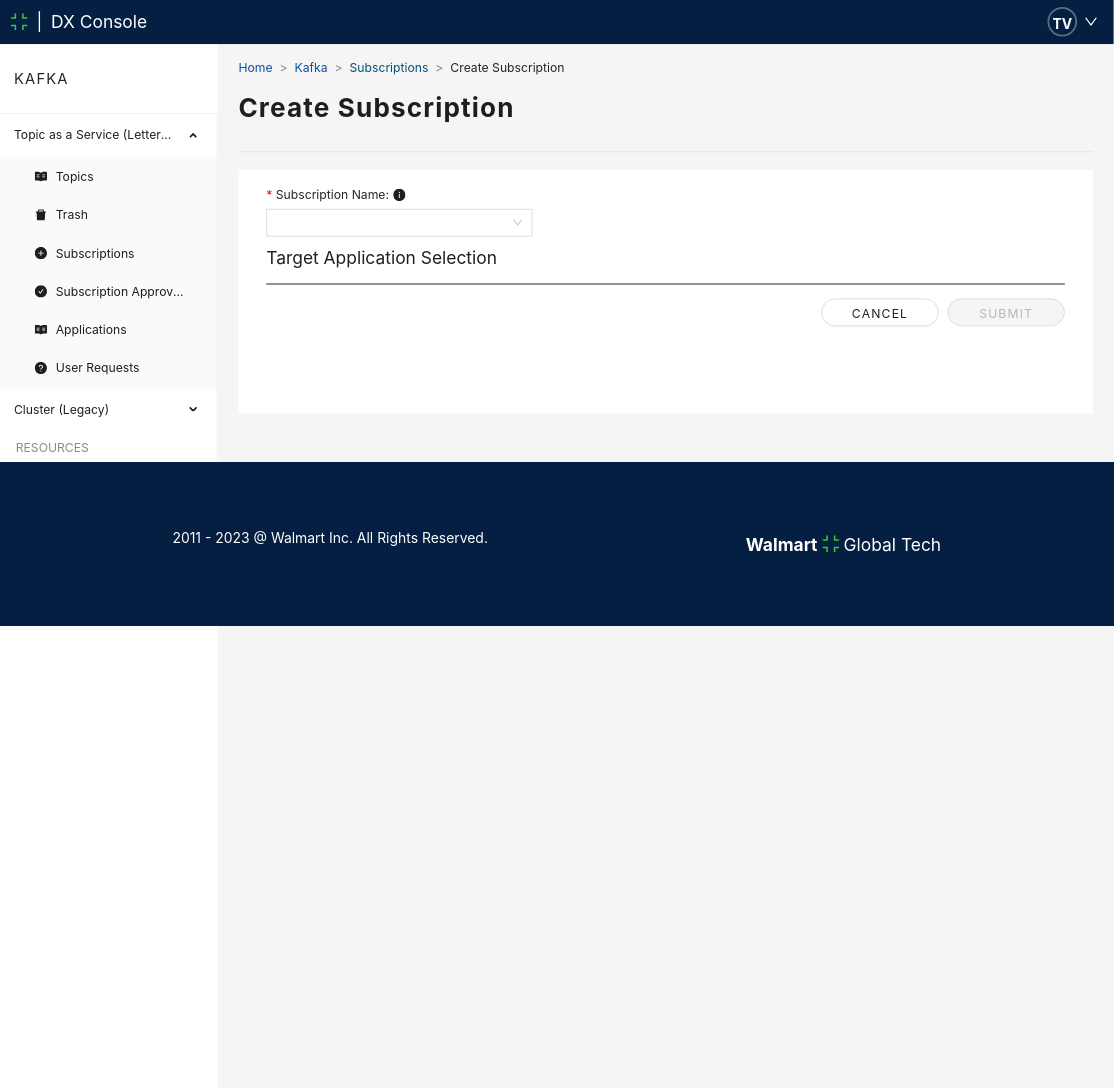
Repository: Qianying-Chai/kafka
Page: /kafka/subscriptions_active_tab=proxy/create
These files come from the project's save history. The page is drawn as it stood at one moment and after the next save; the edit follows.
The browser window is 1280 px wide. The pictures show the whole page, at 87% of full size.
The project was rebuilt for these pictures with package versions that can differ from the ones it lists, and the page was loaded fresh each time. Also part of the build but not shown: src/pages/Components/ComponentsTable.jsx, src/pages/Components/ComponentsInput.jsx, src/pages/Components/ComponentsPagination.jsx, src/pages/Taas/Topics/Topics.jsx, src/pages/Taas/Topics/CreateTopics/Form/DetailsForm.jsx, src/pages/Taas/Topics/CreateTopics/CreateTopic.jsx, src/pages/Taas/Trash/Style/Trash.css, src/pages/Taas/Trash/Trash.jsx and 15 more.

Above is the page before, as saved 2024-01-15 21:21:36.

### src/index.js
import React from "react";
import ReactDOM from "react-dom/client";
import App from "./App";
import { BrowserRouter } from "react-router-dom";
import { Provider } from "react-redux";
import store from "../src/redux/store";
import "./style/index.css";

const root = ReactDOM.createRoot(document.getElementById("root"));
root.render(
  <Provider store={store}>
    <BrowserRouter>
      <App />
    </BrowserRouter>
  </Provider>
);

### src/redux/store.jsx
import { configureStore } from "@reduxjs/toolkit";
import reducer from "./reducer";
const store = configureStore({ reducer: reducer });
export default store;

### src/pages/common/Header.jsx
import React from "react";
import "./Style/Header.css";
import { CompressOutlined, UpOutlined, DownOutlined } from "@ant-design/icons";
import { Layout } from "antd";
import { useState } from "react";
const Header = () => {
  const [login, setLogin] = useState(true);

  return (
    <Layout>
      <Layout.Header className="header">
        <div className="header-content-left">
          <CompressOutlined className="header-left-icon" />
          <span className="header-left-divider">|</span>
          <span className="header-left-dx-console">DX Console </span>
        </div>
        <div className="header-content-right">
          <div className="user">
            <div className="user-icon">TV</div>
            {login ? (
              <DownOutlined
                className="login-button"
                onClick={() => {
                  setLogin((state) => !state);
                }}
              />
            ) : (
              <UpOutlined
                className="logout-button"
                onClick={() => {
                  setLogin((state) => !state);
                }}
              />
            )}
          </div>
          <div
            className="logout-pop-up"
            style={{
              display: login ? "none" : "block",
            }}
          >
            LOGOUT
          </div>
        </div>
      </Layout.Header>
    </Layout>
  );
};
export default Header;

### src/pages/common/Sider.jsx
import React from "react";
import { Link } from "react-router-dom";
import "./Style/Sider.css";
import {
  ReadFilled,
  DeleteFilled,
  PlusCircleFilled,
  CheckCircleFilled,
  QuestionCircleFilled,
  HddFilled,
  SettingFilled,
} from "@ant-design/icons";
import { Layout, Menu, theme, ConfigProvider } from "antd";
import categoryConstants from "./categoryConstants";

const Sider = () => {
  const {
    token: { colorBgContainer },
  } = theme.useToken();

  const items = [
    {
      key: "Topic as a Service (Lettera)",
      label: "Topic as a Service (Lettera)",
      children: [
        {
          key: "Topics",
          label: (
            <Link to={`kafka/${categoryConstants.TOPICS.toLowerCase()}`}>
              {categoryConstants.TOPICS}
            </Link>
          ),
          icon: React.createElement(ReadFilled),
        },
        {
          key: "Trash",
          label: (
            <Link to={`kafka/${categoryConstants.TRASH.toLowerCase()}`}>
              {categoryConstants.TRASH}
            </Link>
          ),
          icon: React.createElement(DeleteFilled),
        },
        {
          key: "Subscriptions",
          label: (
            <Link
              to={`kafka/${categoryConstants.SUBSCRIPTIONS.toLowerCase()}_active_tab=nonProxy`}
            >
              {categoryConstants.SUBSCRIPTIONS}
            </Link>
          ),
          icon: React.createElement(PlusCircleFilled),
        },
        {
          key: "Subscription Approvals",
          label: (
            <Link to={`kafka/subscriptionRequests`}>
              {categoryConstants.SUBSCRIPTIONS_APPROVALS.replace("_", " ")}
            </Link>
          ),
          icon: React.createElement(CheckCircleFilled),
        },
        {
          key: "Applications",
          label: (
            <Link to={`kafka/${categoryConstants.APPLICATIONS.toLowerCase()}`}>
              {categoryConstants.APPLICATIONS}
            </Link>
          ),
          icon: React.createElement(ReadFilled),
        },
        {
          key: "User Requests",
          label: (
            <Link to={`kafka/requests`}>
              {categoryConstants.USER_REQUESTS.replace("_", " ")}
            </Link>
          ),
          icon: React.createElement(QuestionCircleFilled),
        },
      ],
    },
    {
      label: <div>Cluster (Legacy)</div>,
      key: "Cluster (Legacy)",
      children: [
        {
          key: "Clusters",
          label: (
            <Link to={`kafka/${categoryConstants.CLUSTERS.toLowerCase()}`}>
              {categoryConstants.CLUSTERS}
            </Link>
          ),
          icon: React.createElement(HddFilled),
        },
        {
          key: "Migrated Clusters",
          label: (
            <Link to={`kafka/migrated-clusters`}>
              {categoryConstants.MIGRATED_CLUSTERS.replace("_", " ")}
            </Link>
          ),
          icon: React.createElement(HddFilled),
        },
        {
          key: "Subscription",
          label: (
            <Link to={`kafka/mps-clusters-subscriptions`}>
              {categoryConstants.SUBSCRIPTION}
            </Link>
          ),
          icon: React.createElement(PlusCircleFilled),
        },
        {
          key: "User Requests (Legacy)",
          label: (
            <Link to={`kafka/legacy-requests`}>User Requests (Legacy)</Link>
          ),
          icon: React.createElement(QuestionCircleFilled),
        },
      ],
    },
    {
      label: <div>RESOURCES</div>,
      type: "group",
      key: "RESOURCES",
      children: [
        {
          key: "Supprot",
          label: (
            <Link to={`kafka/${categoryConstants.SUPPORT.toLowerCase()}`}>
              {categoryConstants.SUPPORT}
            </Link>
          ),
          icon: React.createElement(SettingFilled),
        },
      ],
    },
  ];

  return (
    <ConfigProvider
      theme={{
        components: {
          Menu: {
            itemHoverBg: "",
            itemHoverColor: "#1890ff",
            padding: 30,
          },
          Tabs: {
            inkBarColor: "rgb(4, 31, 65)",
          },
        },
      }}
    >
      <Layout.Sider
        className="sider"
        width={"250px"}
        style={{
          background: colorBgContainer,
        }}
      >
        <div className="slider-top">
          <span className="slider-top-content">KAFKA</span>
        </div>
        <div
          style={{
            marginLeft: "-12px",
          }}
        >
          <div></div>
          <Menu
            mode="inline"
            items={items}
            defaultOpenKeys={["Topic as a Service (Lettera)", "RESOURCES"]}
            style={{
              color: "#041f41",
            }}
          />
        </div>
      </Layout.Sider>
    </ConfigProvider>
  );
};
export default Sider;

### src/pages/common/categoryConstants.jsx
const categoryConstants = {
  TOPICS: "Topics",
  TRASH: "Trash",
  SUBSCRIPTIONS: "Subscriptions",
  SUBSCRIPTIONS_APPROVALS: "Subscription Approvals",
  APPLICATIONS: "Applications",
  USER_REQUESTS: "User Requests",
  CLUSTERS: "Clusters",
  MIGRATED_CLUSTERS: "Migrated Clusters",
  SUBSCRIPTION: "Subscription",
  USERE_REQUESTS_LEGACY: "User Requests (Legacy)",
  SUPPORT: "Support",
  CREATE_TOPIC: "Create Topic",
  CREATE_SUBSCRIPTION: "Create Subscription",
};

export default categoryConstants;

### src/pages/Taas/Subscriptions/SubscriptionsProxy/CreateSubscriptions/CreateSubscriptionsProxy.jsx
import React from "react";
import ComponentsContent from "../../../../Components/ComponentsContent";
import categoryConstants from "../../../../common/categoryConstants";
import ComponentsBreadcrumb from "../../../../Components/ComponentsBreadcrumb";
import ComponentsDivider from "../../../../Components/ComponentsDivider";
import ComponentsTitle from "../../../../Components/ComponentsTitle";
import SubscriptionName from "./Form/SubscriptionName";
import SourceTopicSelection from "./Form/SourceTopicSelection";
// import SourceTopicSelectionFormProxy from "./Forms/SourceTopicSelectionFormProxy";
import { Typography, Button, ConfigProvider } from "antd";
const { Title } = Typography;
const CreateSubscriptionsProxy = () => {
  return (
    <ConfigProvider
      theme={{
        token: {
          borderRadius: 0,
        },
      }}
    >
      <div>
        <ComponentsBreadcrumb
          items={[
            {
              title: "Home",
            },
            {
              title: "Kafka",
            },
            {
              title: categoryConstants.SUBSCRIPTIONS,
              href: `/kafka/${categoryConstants.SUBSCRIPTIONS.toLowerCase()}_active_tab=nonProxy`,
            },
            {
              title: categoryConstants.CREATE_SUBSCRIPTION,
            },
          ]}
        />
        <div className="content-banner">
          <ComponentsTitle title={categoryConstants.CREATE_SUBSCRIPTION} />
        </div>
      </div>
      <ComponentsContent>
        {/* <SourceTopicForm /> */}
        <SubscriptionName />
        <Title level={4} style={{ fontWeight: "normal" }}>
          Target Application Selection
        </Title>
        {/* <TargetApplicationSelectionForm /> */}
        <ComponentsDivider />
        <div className="buttons-wrapper">
          <Button shape="round" size={"medium"} className="cancel-button">
            CANCEL
          </Button>
          <Button
            shape="round"
            size={"medium"}
            disabled
            className="submit-button"
          >
            SUBMIT
          </Button>
        </div>
      </ComponentsContent>
    </ConfigProvider>
  );
};
export default CreateSubscriptionsProxy;

### src/pages/common/Footer.jsx
import React from "react";
import { Layout } from "antd";
import { CompressOutlined } from "@ant-design/icons";
import "./Style/Footer.css";

const Footer = () => {
  return (
    <Layout.Footer className="footer">
      <div className="footer-text-left">
        2011 - 2023 @ Walmart Inc. All Rights Reserved.
      </div>
      <div className="footer-text-right">
        <span className="footer-text-right-walmart">Walmart</span>
        <CompressOutlined className="footer-icon" />
        <span className="footer-text-right-global-tech">Global Tech</span>
      </div>
    </Layout.Footer>
  );
};

export default Footer;

### src/redux/reducer.jsx
import { SET_PATH_NAME, SET_SELECTED_TAAS_SUBSCRIPTIONS } from "./constants";
const initialState = {
  pathName: "",
  selectedTaasSubscriptions: "nonProxy",
};
const reducer = (state = initialState, action) => {
  const { type, payload } = action;
  switch (type) {
    case SET_PATH_NAME:
      return { ...state, pathName: payload };
    case SET_SELECTED_TAAS_SUBSCRIPTIONS:
      return { ...state, selectedTaasSubscriptions: payload };
    default:
      return state;
  }
};

export default reducer;

### src/pages/common/Style/Header.css
.header {
  justify-content: space-between;
  padding: 0 12px;
  background-color: rgb(4, 31, 65);
  height: 51px;
  line-height: 51px;
  color: #ffffff;
}

.header,
.user {
  display: flex;
}

.header-content-left {
  font-size: 20px;
}

.header-left-icon {
  color: #32cd32;
}

.header-left-divider {
  margin: 0 10px;
}

.header-content-right {
  font-weight: bolder;
  flex-direction: column;
  font-size: 1rem;
  width: 76px;
  padding-left: 12px;
}

.user {
  margin: 8px 0px;
}
.user-icon {
  height: 34px;
  line-height: 34px;
  width: 34px;
  border-radius: 50%;
  text-align: center;
}
.user-icon,
.logout-pop-up {
  border: 2px solid rgba(225, 225, 225, 0.4);
}

.login-button,
.logout-button {
  padding-left: 8px;
}

.logout-pop-up {
  transition: all 10s ease-out;
  width: 100px;
  height: 60px;
  line-height: 60px;
  position: absolute;
  right: 0px;
  z-index: 999;
  font-size: 15px;
  letter-spacing: 1pt;
  text-align: center;
  justify-content: center;
  color: rgb(94, 91, 91);
  box-shadow: 0px 0px 4px 4px rgba(176, 174, 174, 0.4);
}

### src/pages/common/Style/Sider.css
.sider {
  min-height: 1200px;
}

.slider-top {
  height: 80px;
  border-bottom: 1px solid rgb(239, 239, 239);
}
.slider-top-content {
  height: 100%;
  display: flex;
  align-items: center;
  margin-left: 16px;
  letter-spacing: 1pt;
  font-size: 17px;
  color: #000000d9;
}

### src/pages/Components/ComponentsContent.jsx
import React from "react";
import "../common/Style/Content.css";
import { Layout, theme } from "antd";

const ComponentsContent = (props) => {
  const {
    token: { colorBgContainer },
  } = theme.useToken();

  return (
    <div>
      <Layout.Content
        style={{
          padding: "20px 32px 32px",
          minHeight: 280,
          background: colorBgContainer,
        }}
        {...props}
      ></Layout.Content>
    </div>
  );
};
export default ComponentsContent;

### src/pages/Components/ComponentsBreadcrumb.jsx
import React from "react";
import { Breadcrumb, ConfigProvider } from "antd";

const ComponentsBreadcrumb = (props) => {
  return (
    <ConfigProvider
      theme={{
        components: {
          Breadcrumb: {
            lastItemColor: "#000000D9",
            linkColor: "#075179",
            itemColor: "#0751A9",
            linkHoverColor: "#F5F5F5",
          },
          token: {
            colorBgTextHover: "#F5F5F5",
          },
        },
      }}
    >
      <div>
        <Breadcrumb
          style={{
            margin: "16px 0",
          }}
          separator=">"
          items={props.items}
        ></Breadcrumb>
      </div>
    </ConfigProvider>
  );
};
export default ComponentsBreadcrumb;

### src/pages/Components/ComponentsTitle.jsx
import React from "react";
import { Typography, ConfigProvider } from "antd";
const { Title } = Typography;

const ComponentsTitle = (props) => {
  return (
    <>
      <ConfigProvider
        theme={{
          components: {
            token: {
              colorText: "#041E42",
            },
          },
        }}
      >
        <Title level={2} style={{ fontWeight: "bold" }}>
          {props.title}
        </Title>
      </ConfigProvider>
    </>
  );
};

export default ComponentsTitle;

### src/pages/Components/ComponentsDivider.jsx
import React from "react";
import { Divider, ConfigProvider } from "antd";
const ComponentsDivider = () => (
  <ConfigProvider
    theme={{
      token: {
        colorSplit: "rgba(0, 0, 0, 0.85)",
        marginLG: 16,
      },
    }}
  >
    {" "}
    <Divider />
  </ConfigProvider>
);
export default ComponentsDivider;

### src/pages/Taas/Topics/Style/CreateTopic.css
.buttons-wrapper {
  display: flex;
  justify-content: flex-end;
}

.cancel-button,
.submit-button {
  letter-spacing: 1pt;
  padding: 4px 15px;
  width: 135px;
}
.cancel-button {
  margin-right: 10px;
}

### src/pages/Taas/Subscriptions/SubscriptionsProxy/CreateSubscriptions/Form/SubscriptionName.jsx
import React, { useMemo, useRef, useState } from "react";
import SelectTitle from "../../../../../Components/SelectTitle";
import { Col, Row, Select, Spin } from "antd";
import debounce from "lodash/debounce";

const SubscriptionName = () => {
  function DebounceSelect({ fetchOptions, debounceTimeout = 800, ...props }) {
    const [fetching, setFetching] = useState(false);
    const [options, setOptions] = useState([]);
    const fetchRef = useRef(0);
    const debounceFetcher = useMemo(() => {
      const loadOptions = (value) => {
        fetchRef.current += 1;
        const fetchId = fetchRef.current;
        setOptions([]);
        setFetching(true);
        fetchOptions(value).then((newOptions) => {
          if (fetchId !== fetchRef.current) {
            // for fetch callback order
            return;
          }
          setOptions(newOptions);
          setFetching(false);
        });
      };
      return debounce(loadOptions, debounceTimeout);
    }, [fetchOptions, debounceTimeout]);
    return (
      <Select
        labelInValue
        filterOption={false}
        onSearch={debounceFetcher}
        notFoundContent={fetching ? <Spin size="small" /> : null}
        {...props}
        options={options}
      />
    );
  }
  async function fetchUserList(username) {
    console.log("fetching user", username);
    return fetch("https://randomuser.me/api/?results=5")
      .then((response) => response.json())
      .then((body) =>
        body.results.map((user) => ({
          label: `${user.name.first} ${user.name.last}`,
          value: user.login.username,
        }))
      );
  }
  const [value, setValue] = useState([]);

  return (
    <>
      <Row style={{ display: "flex", flexFlow: "nowrap" }}>
        <Col
          span={8}
          className="col"
          style={{
            marginRight: "12px",
          }}
        >
          <SelectTitle title={"Subscription Name:"} />
          <DebounceSelect
            mode="multiple"
            value={value}
            fetchOptions={fetchUserList}
            onChange={(newValue) => {
              setValue(newValue);
            }}
            className="select"
          />
        </Col>
      </Row>
    </>
  );
};
export default SubscriptionName;

### src/pages/common/Style/Footer.css
.footer {
  text-emphasis-style: center;
  background-color: #041f41;
  color: white;
  display: flex;
  justify-content: space-around;
  height: 189px;
  align-items: center;
  width: 100%;
  position: fixed;
  bottom: 0;
}

.footer-icon {
  font-size: 20px;
  color: #32cd32;
}

.footer-text-left {
  font-size: 16px;
  margin-bottom: 16px;
}

.footer-text-right {
  font-size: 20px;
}

.footer-text-right-walmart {
  font-weight: bold;
  padding-right: 5px;
}

.footer-text-right-global-tech {
  padding-left: 5px;
}

### src/redux/constants.jsx
const SET_PATH_NAME = "SET_PATH_NAME";
const SET_SELECTED_TAAS_SUBSCRIPTIONS = "SET_SELECTED_TAAS_SUBSCRIPTIONS";
export { SET_PATH_NAME };
export { SET_SELECTED_TAAS_SUBSCRIPTIONS };

### src/pages/common/Style/Content.css
.content-banner {
  height: 70px;
  display: flex;
  justify-content: space-between;
  background-color: #f5f5f5;
  color: #041e42;
  letter-spacing: 1pt;
  border-bottom: 1px solid rgba(167, 164, 164, 0.3);
  margin-bottom: 20px;
  padding-bottom: 15px;
}

.content-banner-button {
  background-color: #041f41;
  color: #ffffff;
  letter-spacing: 1pt;
}

.content-text {
  margin: 24px 0 20px;
}

### src/pages/Components/SelectTitle.jsx
import React from "react";
import "./Style/SelectTitle.css";
import { InfoCircleFilled } from "@ant-design/icons";
const SelectTitle = (props) => {
  return (
    <div className="Select-title-wrapper">
      <span className="prefix">*</span>
      <span className="Select-title">{props.title}</span>
      <InfoCircleFilled />
    </div>
  );
};

export default SelectTitle;

### src/pages/Taas/Topics/Style/DetailsForm.css
.select {
  margin: 0 0 10px;
  width: 100%;
}

### src/pages/Components/Style/SelectTitle.css
.prefix {
  color: red;
  margin-right: 4px;
}

.Select-title-wrapper {
  padding-bottom: 8px;
}

.Select-title {
  margin-right: 5px;
  color: rgba(0, 0, 0, 0.85);
}

### src/pages/Taas/Subscriptions/SubscriptionsProxy/CreateSubscriptions/Form/SourceTopicSelection.jsx
import React, { useMemo, useState, useRef } from "react";
import debounce from "lodash/debounce";
import { Col, Row, Select, Spin } from "antd";
import SelectTitle from "../../../../../Components/SelectTitle";
const SourceTopicSelection = () => {
  function DebounceSelect({ fetchOptions, debounceTimeout = 800, ...props }) {
    const [fetching, setFetching] = useState(false);
    const [options, setOptions] = useState([]);
    const fetchRef = useRef(0);
    const debounceFetcher = useMemo(() => {
      const loadOptions = (value) => {
        fetchRef.current += 1;
        const fetchId = fetchRef.current;
        setOptions([]);
        setFetching(true);
        fetchOptions(value).then((newOptions) => {
          if (fetchId !== fetchRef.current) {
            // for fetch callback order
            return;
          }
          setOptions(newOptions);
          setFetching(false);
        });
      };
      return debounce(loadOptions, debounceTimeout);
    }, [fetchOptions, debounceTimeout]);
    return (
      <Select
        labelInValue
        filterOption={false}
        onSearch={debounceFetcher}
        notFoundContent={fetching ? <Spin size="small" /> : null}
        {...props}
        options={options}
      />
    );
  }

  const [value, setValue] = useState([]);

  async function fetchUserList(username) {
    console.log("fetching user", username);
    return fetch("https://randomuser.me/api/?results=5")
      .then((response) => response.json())
      .then((body) =>
        body.results.map((user) => ({
          label: `${user.name.first} ${user.name.last}`,
          value: user.login.username,
        }))
      );
  }
  // const handleChange = (value) => {
  //   console.log(`selected ${value}`);
  // };

  return (
    <>
      <Row style={{ display: "flex", flexFlow: "nowrap" }}>
        <Col
          span={8}
          style={{
            marginRight: "12px",
          }}
        >
          <SelectTitle title={"Topic:"} />
          <DebounceSelect
            className="select"
            mode="multiple"
            value={value}
            fetchOptions={fetchUserList}
            onChange={(newValue) => {
              setValue(newValue);
            }}
            style={{
              width: "100%",
              margin: "0 0 10px",
            }}
          />
        </Col>
      </Row>
    </>
  );
};

export default SourceTopicSelection;

Loaded but not shown: public/index.html (common file); src/style/index.css (common file); src/App.js (104 lines, source omitted)

After the next save:
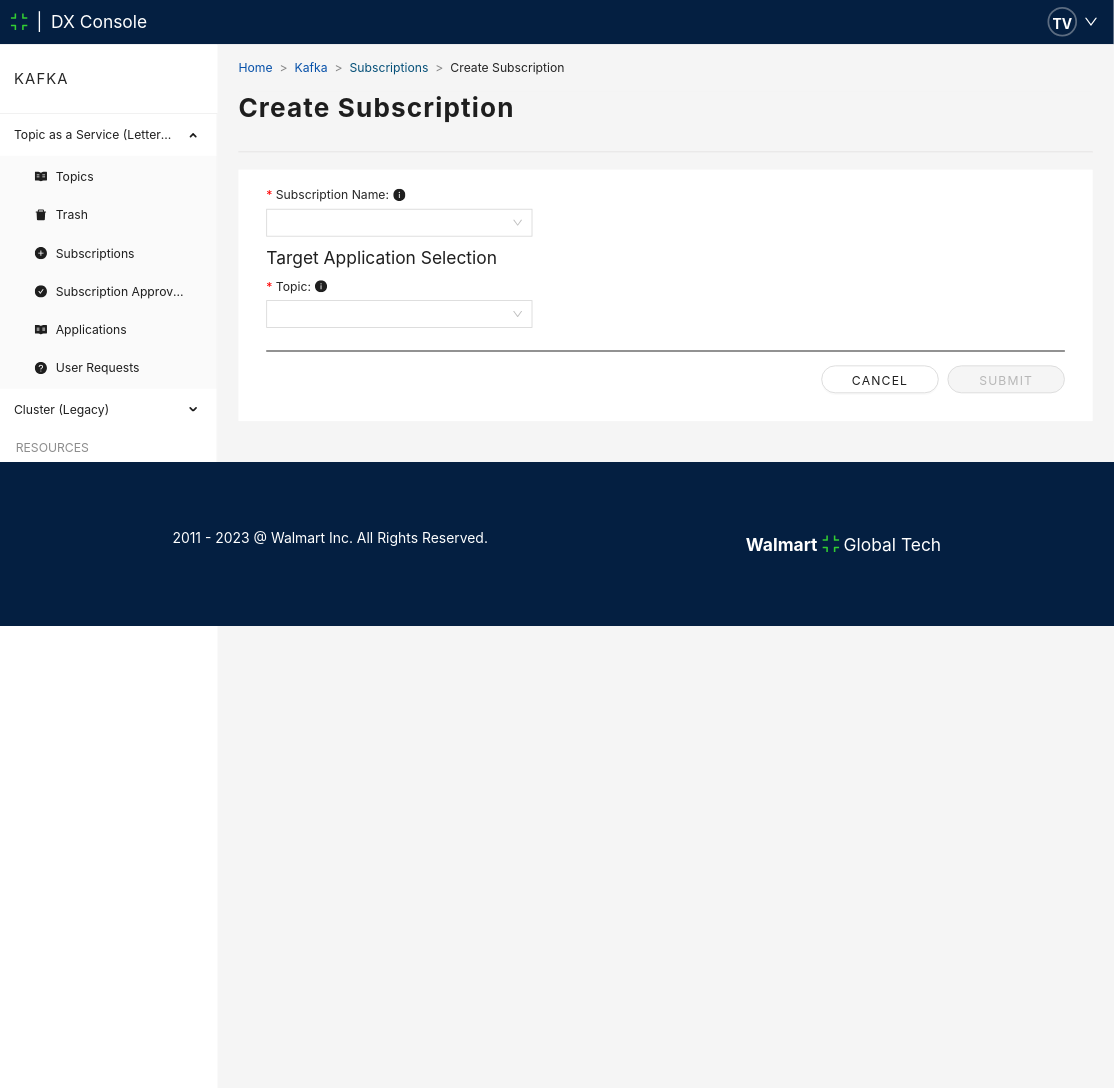
Saved 44 s later.
--- a/src/pages/Taas/Subscriptions/SubscriptionsProxy/CreateSubscriptions/CreateSubscriptionsProxy.jsx
+++ b/src/pages/Taas/Subscriptions/SubscriptionsProxy/CreateSubscriptions/CreateSubscriptionsProxy.jsx
@@ -47,6 +47,7 @@
           Target Application Selection
         </Title>
         {/* <TargetApplicationSelectionForm /> */}
+        <SourceTopicSelection />
         <ComponentsDivider />
         <div className="buttons-wrapper">
           <Button shape="round" size={"medium"} className="cancel-button">
